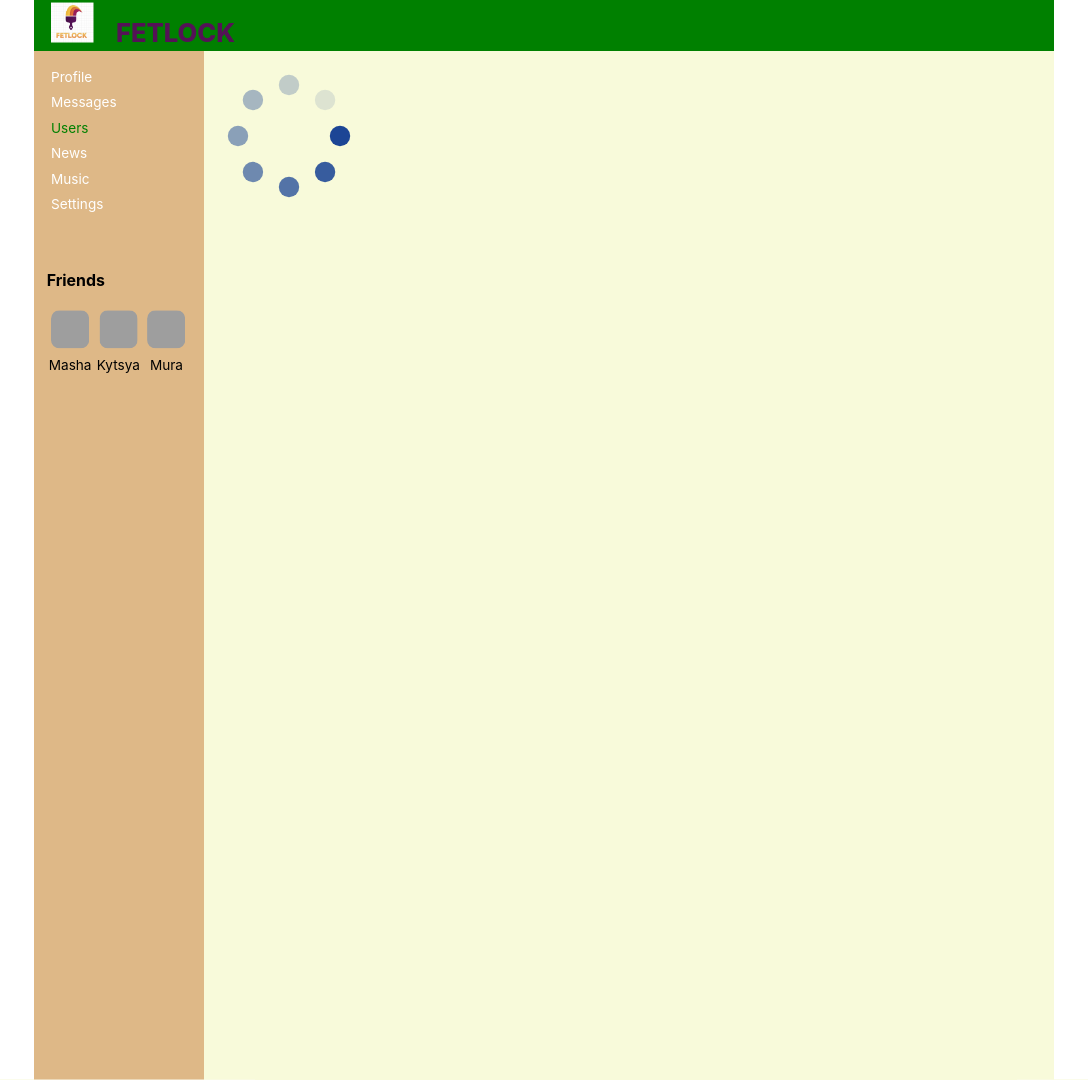
Repository: tetianatsymbal/react-way-of-samurai
Page: /users
These files come from the project's save history. The page is drawn as it stood at one moment and after the next save; the edit follows.
The browser window is 1280 px wide. The pictures show the whole page, at 85% of full size.
Pictures or frames that could not be fetched are drawn as grey boxes. The page's requests for data from a server got no answer. The project was rebuilt for these pictures with package versions that can differ from the ones it lists, and the page was loaded fresh each time. No one was signed in, and anything a server would have sent is missing. Also part of the build but not shown: src/hoc/withAuthRedirect.js, src/components/Dialogs/Dialogs.module.css, src/components/Dialogs/DialogItem/DialogItem.module.css, src/components/Dialogs/DialogItem/DialogItem.jsx, src/components/Dialogs/Message/Message.module.css, src/components/Dialogs/Message/Message.jsx, src/utils/validators/validator.js, src/components/common/FormsControls/FormsControls.module.css and 19 more.

Above is the page before, as saved 2022-08-20 23:27:28.

### src/index.js
import * as serviceWorker from "./serviceWorker";
import store from "./redux/redux-store";
import React from "react";
import ReactDOM from "react-dom";
import "./index.css";
import App from "./App";
import { BrowserRouter } from "react-router-dom";
import { Provider } from "react-redux";

ReactDOM.render(
  <BrowserRouter>
    <Provider store={store}>
      <App/>
    </Provider>
  </BrowserRouter>,
  document.getElementById("root")
);

// If you want your app to work offline and load faster, you can change
// unregister() to register() below. Note this comes with some pitfalls.
// Learn more about service workers: http://bit.ly/CRA-PWA
serviceWorker.unregister();

### src/redux/redux-store.js
import { applyMiddleware, combineReducers, legacy_createStore as createStore } from "redux";
import profileReducer from "./profile-reducer";
import dialogsReducer from "./dialogs-reducer";
import sidebarReducer from "./sidebar-reducer";
import usersReducer from "./users-reducer";
import authReducer from "./auth-reducer";
import thunkMiddleware from "redux-thunk";
import { reducer as formReducer } from 'redux-form';

let reducers = combineReducers({
   profilePage: profileReducer,
   dialogsPage: dialogsReducer,
   sidebar: sidebarReducer,
   usersPage: usersReducer,
   auth: authReducer,
   form: formReducer,
});
let store = createStore(reducers, applyMiddleware(thunkMiddleware));

window.store =store;

export default store;

### src/App.js
import React from "react";
import "./App.css";
import DialogsContainer from "./components/Dialogs/DialogsContainer";
import HeaderContainer from "./components/Header/HeaderContainer";
import Music from "./components/Music/Music";
import Navbar from "./components/Navbar/Navbar";
import News from "./components/News/News";
import Settings from "./components/Settings/Settings";
import SidebarContainer from "./components/Sidebar/SidebarContainer";
import UsersContainer from "./components/Users/UsersContainer";
import { Route, Routes } from "react-router-dom";
import ProfileContainer from "./components/Profile/ProfileContainer";
import LoginPage from "./components/Login/Login";

const App = (props) => {
  return (
    <div className="app-wrapper">
      <HeaderContainer />
      <Navbar />
      <SidebarContainer/>
      <div className="app-wrapper-content">
        <Routes>
          <Route
            path="/dialogs/*"
            element={<DialogsContainer />} />
          <Route
            path="/profile"
            element={<ProfileContainer key={1} />} exact/>
          <Route
            path="/profile/:userId"
            element={<ProfileContainer key={2} />} />
          <Route path="/users/*" element={<UsersContainer />} />
          <Route path="/news/*" element={<News />} />
          <Route path="/music/*" element={<Music />} />
          <Route path="/login/*" element={<LoginPage />} />ы
          <Route path="/settings/*" element={<Settings />} />

        </Routes>
      </div>
    </div>
  );
};

export default App;

### src/redux/dialogs-reducer.js
const SEND_MESSAGE = "SEND-MESSAGE";

let initialState = {
  messages: [
    { id: 1, message: "Do you like React?" },
    { id: 2, message: "Everything will be ok!" },
    { id: 3, message: "Hi here! It's new opportunity for you!" },
    { id: 4, message: "Hi! It's for you!" },
  ],
  dialogs: [
    { id: 1, name: "Tanya" },
    { id: 2, name: "Olezhychka" },
    { id: 3, name: "Kytsya" },
    { id: 4, name: "Mura" },
  ]
}
const dialogsReducer = (state = initialState, action) => {
  switch (action.type) {
    case SEND_MESSAGE:
      return {
        ...state,
        messages: [...state.messages, {id: 6, message: action.newMessageBody}]
      };

    default:
      return state;
  }
};

export const sendMessageActionCreator = (newMessageBody) => ({type: SEND_MESSAGE, newMessageBody});

export default dialogsReducer;

### src/redux/sidebar-reducer.js
let initialState = {
  friends: [
    {
      id: 1,
      name: "Masha",
      src:
        "https://i.pinimg.com/564x/69/f7/50/69f7503539aa89c9c116e9ae1b240b57.jpg",
    },
    {
      id: 2,
      name: "Kytsya",
      src:
        "https://i.pinimg.com/564x/10/5e/af/105eaf02df542edc165dca355862c08b.jpg",
    },
    {
      id: 3,
      name: "Mura",
      src:
        "https://i.pinimg.com/564x/a7/8c/b8/a78cb811d0a73b880364de2886ad41c6.jpg",
    }
  ]
};
const sidebarReducer = (state = initialState, action) => {
  return state;
};
export default sidebarReducer;

### src/redux/auth-reducer.js
import { authAPI } from "../../src/api/api"

const SET_USER_DATA = "ADD-SET_USER_DATA";

let initialState = {
  id: null,
  email: null,
  login: null,
  isAuth: false
  // isFetching: false,
};


const authReducer = (state = initialState, action) => {
  switch (action.type) {
    case SET_USER_DATA:{
      return {
        ...state,
        ...action.payload
      }
    }



    default:
      return state;
  }
};

export const setAuthUserData = (id, email, login, isAuth) => ({type: SET_USER_DATA, payload: {id, email, login, isAuth}});

export const getAuthThunk = () => {
  return (dispatch) => {
    authAPI.getAuth()
    .then(data => {
        if (data.resultCode === 0) {
            let {id, email, login} = data.data;
            dispatch(setAuthUserData(id, email, login, true));
        }
    });
  }
};


export const login = (email, password, rememberMe) => {
  return (dispatch) => {
    authAPI.login(email, password, rememberMe)
    .then(data => {
        if (data.resultCode === 0) {
            dispatch(getAuthThunk());
        }
    });
  }
};

export const logout = () => {
  return (dispatch) => {
    authAPI.logout()
    .then(data => {
        if (data.resultCode === 0) {
          dispatch(setAuthUserData(null, null, null, false));
        }
    });
  }
};



export default authReducer;

### src/App.css
.app-wrapper {
  margin: 0 auto;
  display: grid;
  width: 1200px;
  grid-template-areas:
  "h h"
  "n c"
  "s c";

   grid-template-rows: 60px 2fr 9fr;
    grid-template-columns: 2fr 10fr;
    /* grid-gap: 10px; */

}
.nav {
  grid-area: n;
  background-color: burlywood;
}
.app-wrapper-content {
  grid-area: c;
  background-color: rgb(248, 250, 218);
}
.sidebar {
  grid-area: s;
}

### src/components/Dialogs/DialogsContainer.jsx
import React from 'react';
import { connect } from "react-redux";
import { compose } from 'redux';
import { withAuthRedirect } from "../../hoc/withAuthRedirect";
import {sendMessageActionCreator} from "../../redux/dialogs-reducer";
import Dialogs from "./Dialogs";

let mapStateToProps = (state) => {
  return {
    dialogsPage: state.dialogsPage
  }
}

let mapDispatchToProps = (dispatch) => {
  return {
    sendMessage: (newMessageBody) => {
      dispatch(sendMessageActionCreator(newMessageBody));
    }
  }
}

// let AuthRedirectComponent = withAuthRedirect(Dialogs);

// const DialogsContainer = connect(mapStateToProps, mapDispatchToProps)(AuthRedirectComponent);

export default compose(
  connect(mapStateToProps, mapDispatchToProps),
  withAuthRedirect
)(Dialogs);
// check maybe should be DialogsContainer in () 32 row

### src/components/Header/HeaderContainer.jsx
import React from 'react';
import Header from './Header';
import { connect } from 'react-redux';
import { getAuthThunk, logout } from '../../redux/auth-reducer';


class HeaderContainer extends React.Component {

    componentDidMount(){
        this.props.getAuthThunk();

    }
    render() {
        return <Header {...this.props}/>
    }
}

const mapStateToProps = (state) => {
    return {
        isAuth: state.auth.isAuth,
        login: state.auth.login
    }
};

export default connect(mapStateToProps, {getAuthThunk, logout})(HeaderContainer);

### src/components/Navbar/Navbar.jsx
import React from 'react';
import s from './Navbar.module.css';
import { NavLink } from 'react-router-dom';

const Navbar = () => {
    return <nav className={s.nav}>
        <div className={s.item}>
            <NavLink to="/profile" className = { navData => navData.isActive ? s.active : s.item }>Profile</NavLink>
        </div>
        <div className={`${s.item} ${s.active}`}>
            <NavLink to="/dialogs" className = { navData => navData.isActive ? s.active : s.item }>Messages</NavLink>
        </div>
        <div className={s.item}>
            <NavLink to="/users" className = { usersData => usersData.isActive ? s.active : s.item }>Users</NavLink>
        </div>
        <div className={s.item}>
            <NavLink to="/news" className = { navData => navData.isActive ? s.active : s.item }>News</NavLink>
        </div>
        <div className={s.item}>
            <NavLink to="/music" className = { navData => navData.isActive ? s.active : s.item }>Music</NavLink>
        </div>
        <div className={s.item}>
            <NavLink to="/settings" className = { navData => navData.isActive ? s.active : s.item }>Settings</NavLink>
        </div>
    </nav>
}

export default Navbar;

### src/components/Sidebar/SidebarContainer.jsx
import {connect} from "react-redux";
import Sidebar from "./Sidebar"

const mapStateToProps = (state) => {
  return {
    sidebar: state.sidebar,
  }
};
// const mapDispatchToProps = (dispatch) => {
//   return {
//     null
//   }
// };

const SidebarContainer = connect(mapStateToProps, null)(Sidebar)

export default SidebarContainer;

### src/components/Users/UsersContainer.jsx
import * as axios from "axios";
import React from "react";
import { connect } from "react-redux";
import { follow, setCurrentPage, setTotalUsersCount, setUsers, unFollow, toggleFollowingProgress, getUsers } from "../../redux/users-reducer";
import Preloader from "../common/preloader/Preloader";
import Users from "./Users";

class UsersContainer extends React.Component {

  componentDidMount (){
    this.props.getUsers(this.props.currentPage, this.props.pageSize);

  }
  onPageChanged = (pageNumber) => {
    this.props.getUsers(pageNumber, this.props.pageSize);

  }
  render() {
    return <>
    {this.props.isFetching ? <Preloader /> : null}
    <Users totalUsersCount = {this.props.totalUsersCount}
            pageSize = {this.props.pageSize}
            currentPage = {this.props.currentPage}
            users = {this.props.users}
            onPageChanged = {this.onPageChanged}
            unFollow = {this.props.unFollow}
            follow = {this.props.follow}
            followingInProgress = {this.props.followingInProgress}>
            </Users>
  </>
 }
}

let mapStateToProps = (state) => {
  return {
    users: state.usersPage.users,
    pageSize: state.usersPage.pageSize,
    totalUsersCount: state.usersPage.totalUsersCount,
    currentPage: state.usersPage.currentPage,
    isFetching: state.usersPage.isFetching,
    followingInProgress: state.usersPage.followingInProgress,
  };
};

// let mapDispatchToProps = (dispatch) => {
//   return {
//     follow: (userID) => {
//       dispatch(followAC(userID));
//     },
//     unFollow: (userID) => {
//       dispatch(unFollowAC(userID));
//     },
//     setUsers: (users) => {
//       dispatch(setUsersAC(users));
//     },
//     setCurrentPage: (pageNumber) => {
//       dispatch(setCurrentPageAC(pageNumber));
//     },
//     setTotalUsersCount: (totalCount) => {
//       dispatch(setTotalUsersCountAC(totalCount));
//     },
//     toggleIsFetching: (isFetching) => {
//       dispatch(toggleIsFetchingAC(isFetching));
//     },
//   };
// };
export default connect(mapStateToProps,
  {follow,
    unFollow,
    setUsers,
    setCurrentPage,
    setTotalUsersCount,
    toggleFollowingProgress,
    getUsers
  }
)(UsersContainer);

### src/components/Header/Header.jsx
import React from "react";
import { NavLink } from "react-router-dom";
import s from "./Header.module.css";
import logo from "../../assets/logo.jpg";
import { Navigate } from "react-router-dom";

const Header = (props) => {
  return (
    <header className={s.header}>
      <div className={s.label}>
        <img src={logo} />
        <span className={s.socialName}> FETLOCK </span>
      </div>
      {/* <div className={s.loginBlock}>
      { props.isAuth
      ? <div> {props.login}  - <button onClick={props.logout}>Log out</button></div>
      : <Navigate to= {"/login"}>Login</Navigate> }
      </div> */}
    </header>
  );
};

export default Header;

### src/components/Navbar/Navbar.module.css

.nav {
  grid-area: n;
  background-color: burlywood;
  padding: 20px;
}
.item {
  color: white;
  text-decoration: none;
  margin-bottom: 10px;
}
.active {
  color: green;
  text-decoration: none;
}

### src/components/Sidebar/Sidebar.jsx
import React from "react";
import s from "./Sidebar.module.css";
import { NavLink } from "react-router-dom";

const Sidebar = (props) => {
  let path = "/dialogs/" + props.sidebar.friends.id;
  let friendsElements = props.sidebar.friends.map((f) => (
    <NavLink to={path}>
      <div className={s.friend}>
        <div>
          <img className={s.friendImg} src={f.src} />
        </div>
        <div>{f.name}</div>
      </div>
    </NavLink>
  ));

  return (
    <div className={s.sidebar}>
      <h3>Friends</h3>
      <div className={s.friends}>
        {friendsElements}
        <div />
      </div>
    </div>
  );
};

export default Sidebar;

### src/components/common/preloader/Preloader.js
import React from "react";
import loader from "../../../assets/loader.svg";

let Preloader = (props) => {
 return <div>
  <img src= {loader} />
  </div>
}

export default Preloader;

### src/components/Users/Users.jsx
import React from "react";
import { NavLink } from "react-router-dom";
import userPhoto from "../../assets/default-photo.jpeg";
import s from "./Users.module.css";

let Users = (props) => {
  let pagesCount = Math.ceil(props.totalUsersCount / props.pageSize);
  let pages = [];
  for (let i = 1; i <= pagesCount; i++) {
    pages.push(i);
  }

  let currentPage = props.currentPage;
  let currentPageF = currentPage - 5 < 0 ? 0 : currentPage - 5;
  let currentPageL = currentPage + 5;
  let slicedPages = pages.slice(currentPageF, currentPageL);

  return (
    <div className={s.usersBlock}>
      <div className={s.pages}>
        {slicedPages.map((p) => {
          return (
            <span
              className={props.currentPage === p && s.selectedPage}
              onClick={(e) => {props.onPageChanged(p);}}
            >
              {p}
            </span>
          );
        })}
      </div>
      <div className={s.users}>
        {props.users.map((u) => (
          <div className={s.user} key={u.id}>
            <div>
              <div>
                <NavLink to={'./../profile/' + u.id}>
                  <img
                    className={s.userPhoto}
                    src={u.photos.small != null ? u.photos.small : userPhoto}
                  />
                </NavLink>
              </div>
              <div>
                {u.followed ? (
                  <button disabled={props.followingInProgress.some(id => id===u.id)}
                  onClick={() => { props.unFollow(u.id) }}> UNFOLLOW </button>
                ) : (
                  <button disabled={props.followingInProgress.some(id => id===u.id)}
                  onClick={() => { props.follow(u.id) }}> FOLLOW </button>
                )}
              </div>
            </div>
            <div>
              <span>
                <div>{u.name}</div>
                <div>{u.status}</div>
              </span>
              <span>
                <div>{"u.location.country"}</div>
                <div>{"u.location.city"}</div>
              </span>
            </div>
          </div>
        ))}
      </div>
    </div>
  );
};
export default Users;

### src/components/Header/Header.module.css
.header {
  grid-area: h;
  background-color: green;
  display: flex;
  justify-content: space-between;
  align-items: center;
}
.header img {
  width: 50px;
  margin: 0 20px;
}
.socialName{
  color: #541256;
  font-size: 30px;
  font-weight: 800;
  text-transform: uppercase;
  text-align: center;
}
.loginBlock {
  align-items: center;
  margin-right: 45px;
  color: blanchedalmond;
  font-size: 28px;
  font-weight: 600;
}
.loginBlock a {
  background-color: burlywood;
  color: #272118;
  border-radius: 3px;
  text-decoration: none;
  padding: 6px 12px;
  text-transform: all 500ms ease;
}
.loginBlock:hover a {
  background-color: #dba058;
}

### src/components/Sidebar/Sidebar.module.css
.sidebar {
  background-color: burlywood;
  padding: 20px 15px;
}
.friends {
 display: flex;
 flex-direction: row;
 justify-content: space-between;
}
.friends a {
  display: block;
  align-items: center;
  text-align: center;
  text-decoration: none;
  color: black;
}
.friendImg{
  width: 45px;
  height: 45px;
  border-radius: 10px;
  margin: 5px;
}
.friend {
}

### src/components/Users/Users.module.css
.usersBlock{
 width: 100%;
}
.users{
 width: 100%;
 margin: 25px auto;
 display: flex;
 flex-direction: row;
 flex-wrap: wrap;
 justify-content: space-evenly;
 align-items: center;
}
.userPhoto {
 width: 100px;
 height: 100px;
 border-radius: 50%;
}
.pages{
 width: 50%;
 margin: 0 auto;
display: flex;
flex-direction: row;
justify-content: space-between;
align-items: center;
flex-wrap: wrap;
}
.pages span {
 display: block;
 margin: 0 5px;
 cursor: pointer;
}
.pageNumber{
 margin: 0 10px;
}
.selectedPage {
 font-weight: bold;
 font-size: 20px;
}

Loaded but not shown: public/index.html (common file); src/serviceWorker.js (common file); src/index.css (common file); src/redux/users-reducer.js (186 lines, source omitted); src/redux/profile-reducer.js (81 lines, source omitted); src/api/api.js (73 lines, source omitted); src/components/Music/Music.module.css (no stored copy; drawn as an empty file); src/components/Profile/Profile.module.css (no stored copy; drawn as an empty file); src/components/Settings/Settings.module.css (no stored copy; drawn as an empty file)

After the next save:
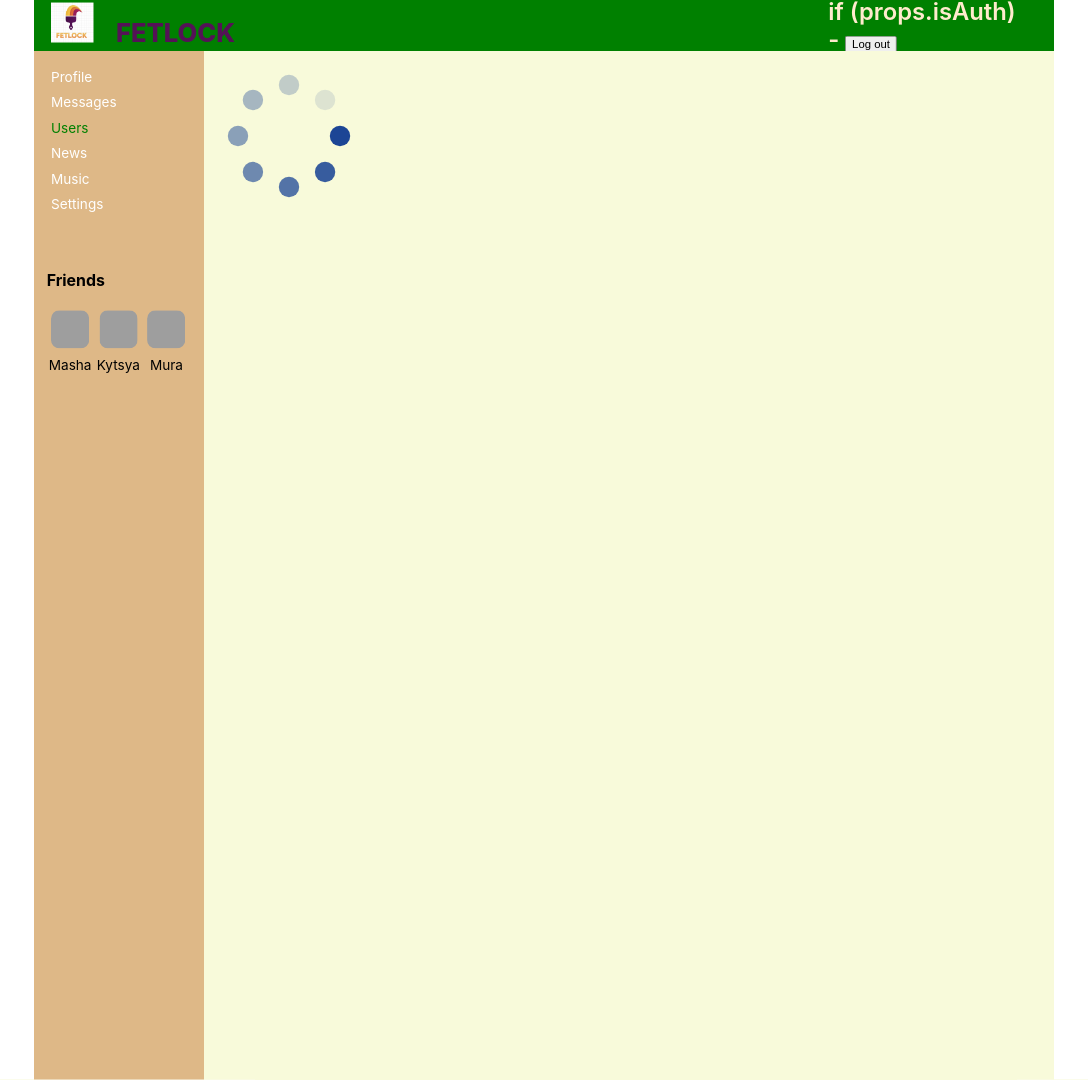
Saved 103 s later.
--- a/src/components/Header/Header.jsx
+++ b/src/components/Header/Header.jsx
@@ -11,11 +11,14 @@
         <img src={logo} />
         <span className={s.socialName}> FETLOCK </span>
       </div>
-      {/* <div className={s.loginBlock}>
-      { props.isAuth
+      <div className={s.loginBlock}>
+      {/* { props.isAuth
       ? <div> {props.login}  - <button onClick={props.logout}>Log out</button></div>
-      : <Navigate to= {"/login"}>Login</Navigate> }
-      </div> */}
+      : <Navigate to= {"/login"}>Login</Navigate> } */}
+      if (props.isAuth) {
+        <div> {props.login}  - <button onClick={props.logout}>Log out</button></div>
+      }
+      </div>
     </header>
   );
 };

After the 3 saves that followed:
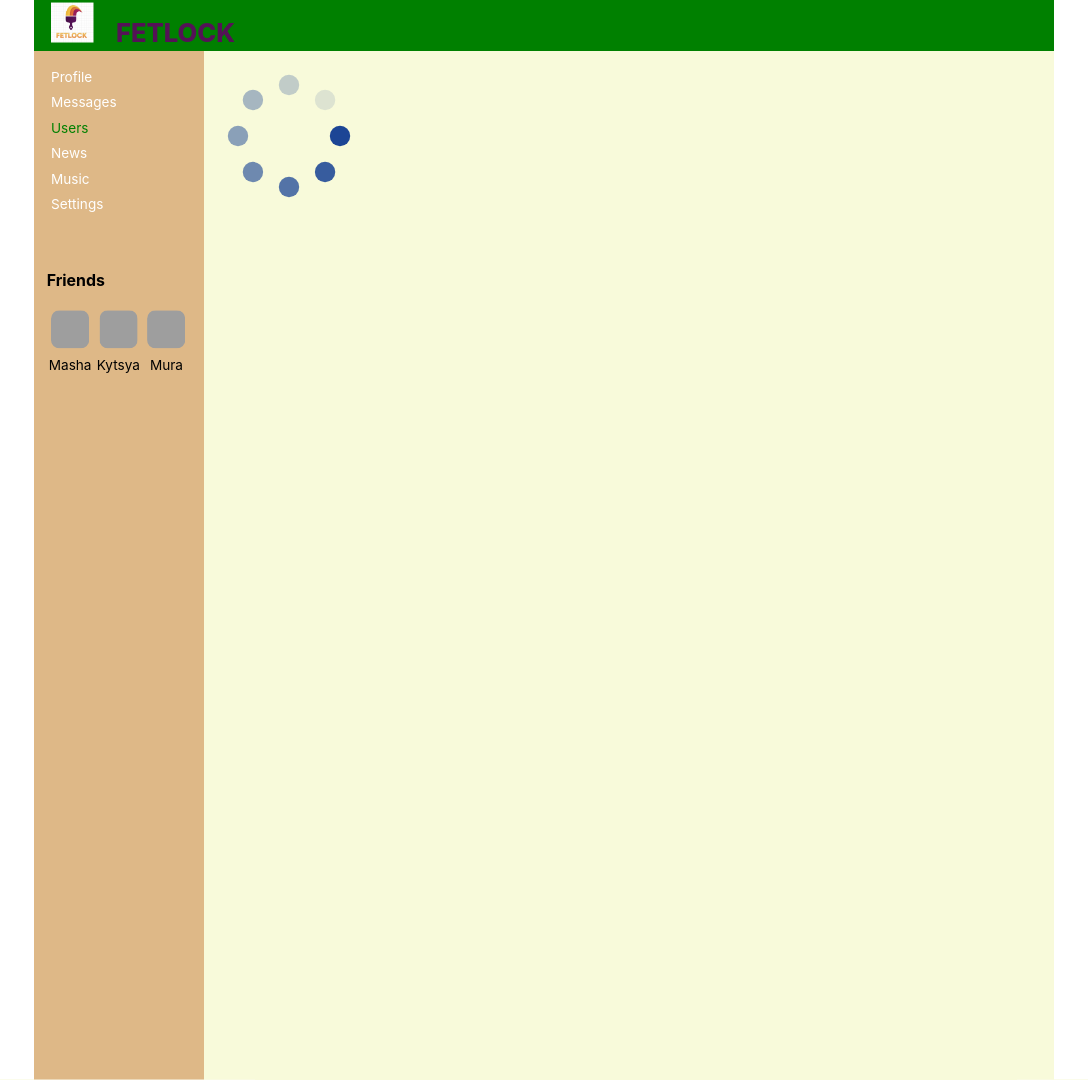
The 3 saves are shown as one change because 1 did not build or start and 1 left the picture as it was.
The last was saved 2 min 41 s later.
--- a/src/components/Header/Header.jsx
+++ b/src/components/Header/Header.jsx
@@ -12,12 +12,9 @@
         <span className={s.socialName}> FETLOCK </span>
       </div>
       <div className={s.loginBlock}>
-      {/* { props.isAuth
+      { props.isAuth
       ? <div> {props.login}  - <button onClick={props.logout}>Log out</button></div>
-      : <Navigate to= {"/login"}>Login</Navigate> } */}
-      if (props.isAuth) {
-        <div> {props.login}  - <button onClick={props.logout}>Log out</button></div>
-      }
+      : /*<Navigate to= {"/login"}>Login</Navigate>*/ '' }
       </div>
     </header>
   );
